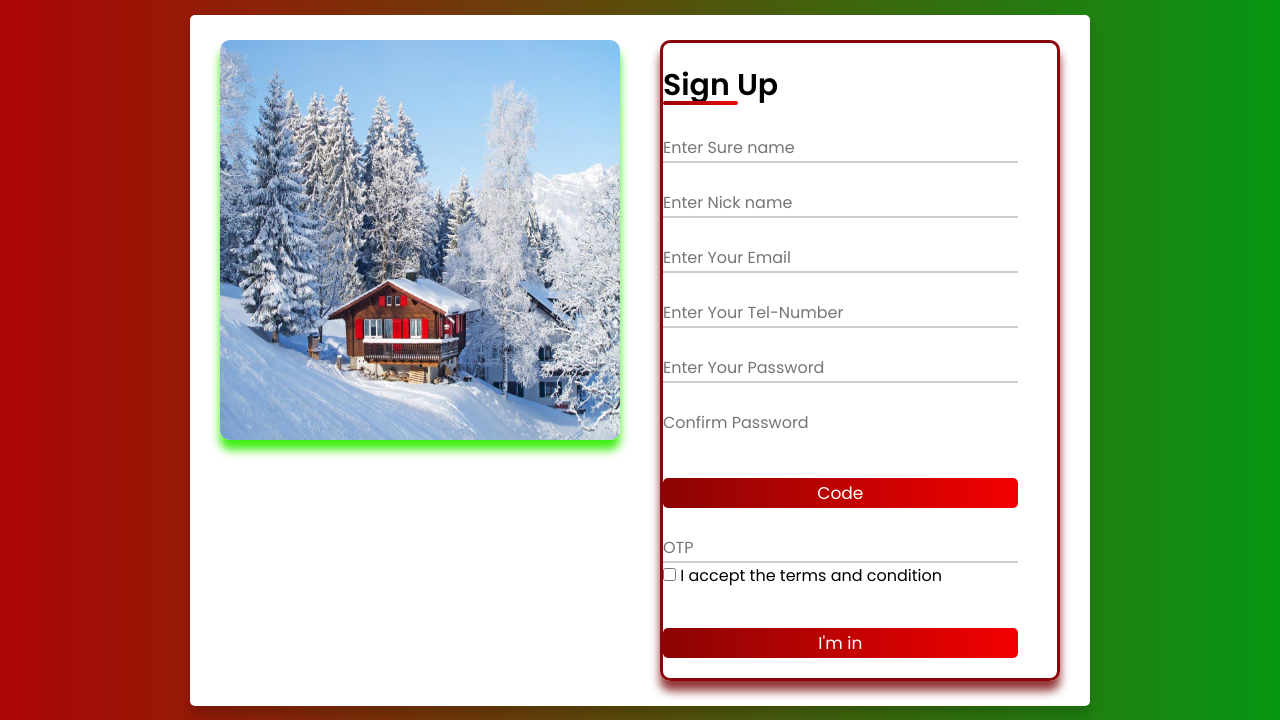
Repository: dev-ashik/Halloween
Page: Reg Page/Index.html
These files come from the project's save history. The page is drawn as it stood at one moment and after the next save; the edit follows.
The browser window is 1280 px wide. The pictures show the whole page.

Above is the page before, as saved 2021-12-21 22:23:07.

### Reg Page/Index.html
<!DOCTYPE html>
<html lang="en">

<head>
    <meta charset="UTF-8">
    <meta http-equiv="X-UA-Compatible" content="IE=edge">
    <meta name="viewport" content="width=device-width, initial-scale=1.0">
    <title>Regristration page</title>
    <link rel="stylesheet" href="CSS/main.css">
</head>

<body>
    <div class="con">
        <div class="bann">
            <img src="IMG/banner.jpg" alt="">
        </div>
        <div class="form">
            <form action="#">
                <div class="title">Sign Up</div>
                <div class="box">
                    <input type="text" placeholder="Enter Sure name" id="fn" required>
                    <div class="underline"></div>
                </div>
                <div class="box"> <input type="text" placeholder="Enter Nick name" id="ln" required>
                    <div class="underline"></div>
                </div>
                <div class="box underline">
                    <input type="text" placeholder="Enter Your Email" id="mail" required>
                    <div class="underline"></div>
                    <!--Email Field with velidation-->
                </div>
                <div class="box underline">
                    <input type="text" placeholder="Enter Your Tel-Number" id="number" required>
                    <div class="underline"></div>
                </div>
                <div class="box">
                    <input type="password" placeholder="Enter Your Password" id="pwd" required>
                    <div class="underline"></div>
                    <!--Password Field with velidation-->
                </div>
                <div class="box">
                    <input type="password" placeholder="Confirm Password" id="pwd" required></div>
                <div class="box button">
                    <button onclick="vercod()" id="vc">Code</button>
                    <!--Code form-->
                </div>
                <div class="box">
                    <input type="text" placeholder="OTP" id="otp" required>
                    <div class="underline"></div>
                    <!--Security Code with velidation-->
                </div>
                <div class="Agreement">
                    <input type="checkbox" id="cb" value="Agree">
                    <label for="Agree">I accept the terms and condition</label>
                    <!--Agreement box-->
                </div>
                <div class="box button">
                    <button onclick="sub()">I'm in</button>
                </div>
            </form>
        </div>
    </div>
</body>
<script src="JS/main.js"></script>

</html>

### Reg Page/CSS/main.css
@import url('https://fonts.googleapis.com/css2?family=Poppins:wght@200;300;400;500;600;700&display=swap');
@import url('https://fonts.googleapis.com/css2?family=Poppins:wght@200;300;400;500;600;700&display=swap');
* {
    margin: 0;
    padding: 0;
    box-sizing: border-box;
    font-family: 'Poppins', sans-serif;
}

html,
body {
    display: grid;
    height: 100vh;
    width: 100%;
    place-items: center;
    background: linear-gradient(to right, #ad0505 0%, #069612 100%);
}

 ::selection {
    background: #ff80bf;
}

.con {
    background: #fff;
    max-width: 900px;
    width: 100%;
    padding: 25px 30px;
    border-radius: 5px;
    box-shadow: 0 10px 10px rgba(0, 0, 0, 0.15);
}

.con .bann img {
    float: left;
    width: 400px;
    height: 400px;
    border-radius: 10px;
    box-shadow: 0 10px 10px #40ee14;
}

.con .form {
    float: right;
    border: 3px solid rgb(138, 5, 11);
    border-radius: 10px;
    max-width: 400px;
    width: 100%;
    box-shadow: 0 10px 10px rgba(121, 4, 4, 0.795);
}

.con .form form .title {
    font-size: 30px;
    font-weight: 600;
    margin: 20px 0 10px 0;
    position: relative;
}

.con .form form .title:before {
    content: '';
    position: absolute;
    height: 4px;
    width: 75px;
    left: 0px;
    bottom: 3px;
    border-radius: 5px;
    background: linear-gradient(to right, #960404 0%, #eb0909 100%);
}

.con .form form .box {
    width: 90%;
    height: 30px;
    margin-top: 25px;
    position: relative;
}

.con .form form .box input {
    width: 100%;
    height: 100%;
    outline: none;
    font-size: 16px;
    border: none;
}

.con .form form .underline::before {
    content: '';
    position: absolute;
    height: 2px;
    width: 100%;
    background: #ccc;
    left: 0;
    bottom: 0;
}

.con .form form .underline::after {
    content: '';
    position: absolute;
    height: 2px;
    width: 100%;
    background: linear-gradient(to right, rgb(136, 2, 2) 0%, #f10404 100%);
    left: 0;
    bottom: 0;
    transform: scaleX(0);
    transform-origin: left;
    transition: all 0.3s ease;
}

.con .form form .box input:focus~.underline::after,
.con .form form .box input:valid~.underline::after {
    transform: scaleX(1);
    transform-origin: left;
}

.con .form form .button {
    margin: 40px 0 20px 0;
}

.con .form .box button {
    width: 100%;
    height: 100%;
    outline: none;
    font-size: 16px;
    border: none;
    background: linear-gradient(to right, #8b0404 0%, #f30000 100%);
    font-size: 17px;
    color: #fff;
    border-radius: 5px;
    cursor: pointer;
    transition: all 0.3s ease;
}

.con .form .box button:hover {
    letter-spacing: 1px;
    background: linear-gradient(to left, #8a0404 0%, #fc0707 100%);
}

footer {
    text-align: center;
    font-size: 30px;
    color: greenyellow;
}

footer:hover {
    color: greenyellow;
    text-shadow: 1px 1px 2px black, 0 0 25px rgb(11, 247, 3), 0 0 5px rgb(10, 255, 1);
}

Loaded but not shown: Reg Page/JS/main.js (no stored copy; drawn as an empty file)

After the next save:
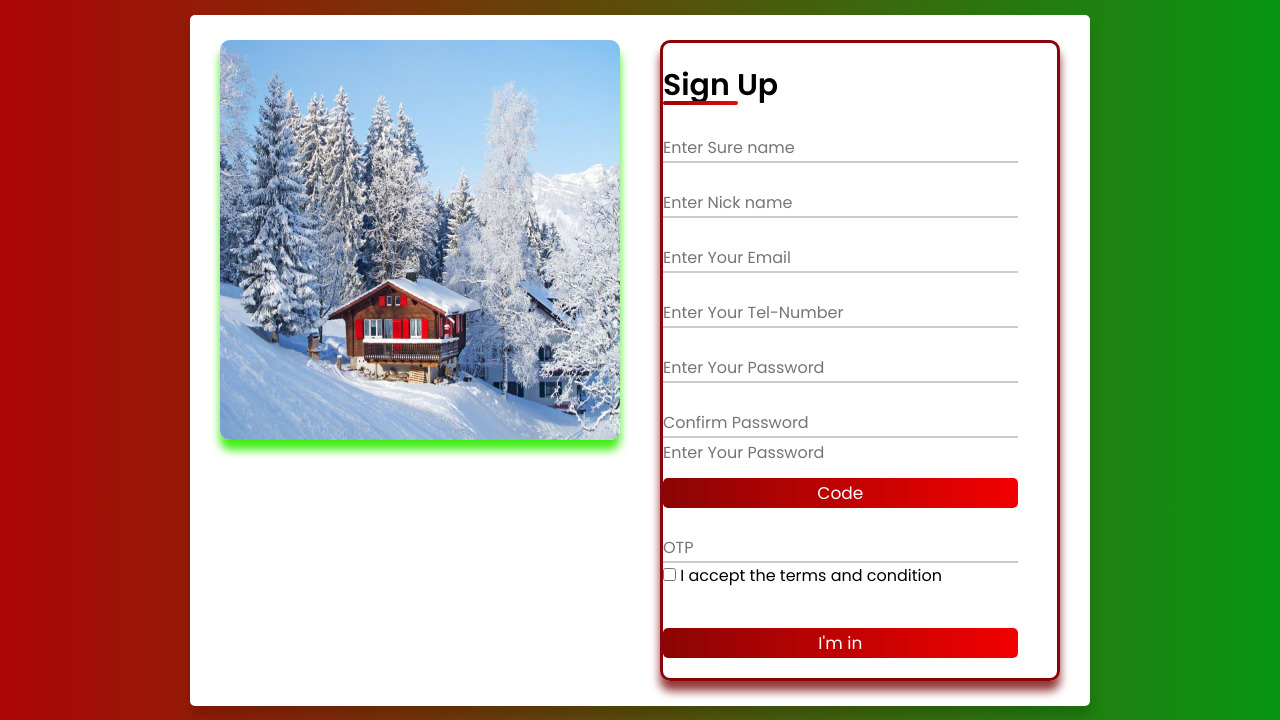
Saved 10 s later.
--- a/Reg Page/Index.html
+++ b/Reg Page/Index.html
@@ -39,7 +39,10 @@
                     <!--Password Field with velidation-->
                 </div>
                 <div class="box">
-                    <input type="password" placeholder="Confirm Password" id="pwd" required></div>
+                    <input type="password" placeholder="Confirm Password" id="pwd" required>
+                    <input type="password" placeholder="Enter Your Password" id="pwd" required>
+                    <div class="underline"></div>
+                </div>
                 <div class="box button">
                     <button onclick="vercod()" id="vc">Code</button>
                     <!--Code form-->
